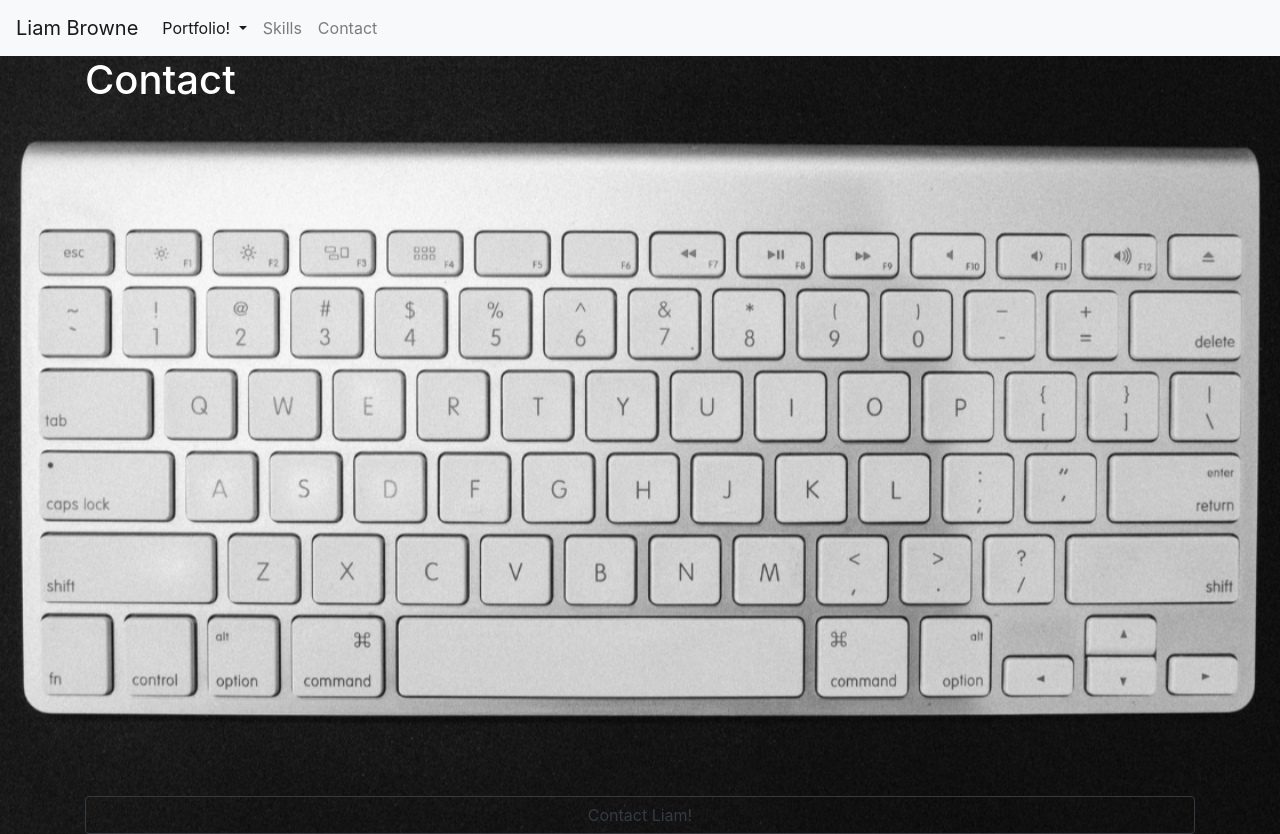
Repository: LiamB123/LiamBrowne.com.github.io
Page: contact.html
The author's editor kept a record of every edit. The page is drawn from the files as they stood at one moment, then again after the next edit.
The browser window is 1280 px wide. The pictures show the whole page.
Backgrounds fixed to the window are drawn as part of the page.

Above is the page before.

### contact.html
<!DOCTYPE html>
<html lang="en">

<head>
    <meta charset="UTF-8">
    <meta name="viewport" content="width=device-width, initial-scale=1.0">


    <meta http-equiv="X-UA-Compatible" content="ie=edge">

    <title>Liam Browne</title>

    <!--Boostrap Links for Css, Js and Jquery --->
    <link rel="stylesheet" href="https://stackpath.bootstrapcdn.com/bootstrap/4.4.1/css/bootstrap.min.css" integrity="sha384-Vkoo8x4CGsO3+Hhxv8T/Q5PaXtkKtu6ug5TOeNV6gBiFeWPGFN9MuhOf23Q9Ifjh" crossorigin="anonymous">

    <script src="https://code.jquery.com/jquery-3.4.1.slim.min.js" integrity="sha384-J6qa4849blE2+poT4WnyKhv5vZF5SrPo0iEjwBvKU7imGFAV0wwj1yYfoRSJoZ+n" crossorigin="anonymous"></script>
    <script src="https://cdn.jsdelivr.net/npm/popper.js@1.16.0/dist/umd/popper.min.js" integrity="sha384-Q6E9RHvbIyZFJoft+2mJbHaEWldlvI9IOYy5n3zV9zzTtmI3UksdQRVvoxMfooAo" crossorigin="anonymous"></script>
    <script src="https://stackpath.bootstrapcdn.com/bootstrap/4.4.1/js/bootstrap.min.js" integrity="sha384-wfSDF2E50Y2D1uUdj0O3uMBJnjuUD4Ih7YwaYd1iqfktj0Uod8GCExl3Og8ifwB6" crossorigin="anonymous"></script>


    <link rel="stylesheet" href="static/css/custom.css" type="text/css" />

</head>




<nav class="navbar navbar-expand-lg navbar-light bg-light">
    <a class="navbar-brand" href="index.html">Liam Browne </a>
    <button class="navbar-toggler" type="button" data-toggle="collapse" data-target="#navbarSupportedContent" aria-controls="navbarSupportedContent" aria-expanded="false" aria-label="Toggle navigation">
    <span class="navbar-toggler-icon"></span>
  </button>

    <div class="collapse navbar-collapse" id="navbarSupportedContent">
      <ul class="navbar-nav mr-auto">
        <li class="nav-item active nav-item dropdown">
          <a class="nav-link dropdown-toggle" href="" id="navbarDropdown" role="button" data-toggle="dropdown" aria-haspopup="true" aria-expanded="false">
          Portfolio!
        </a>
          <div class="dropdown-menu" aria-labelledby="navbarDropdown">
              <a class="dropdown-item"  href="portfolio.html">Take me there!</a>
            <a class="dropdown-item" target="_blank" href="https://liams-the-store.herokuapp.com/">E-Commerce</a>
            <a class="dropdown-item" target ="_blank" href="https://liams-booze.herokuapp.com/">Booze Clues</a>
            <div class="dropdown-divider"></div>
            <a class="dropdown-iitem" href="https://github.com/LiamB123/">

           Check out my GitHub</a>
          </div>
        </li>
        <a class="nav-link" href="Skills.html">Skills<span class="sr-only">(current)</span></a>
        </li>
        <li class="nav-item">
          <a class="nav-link" href="contact.html">Contact</a>
        </li>

      </ul>

    </div>
  </nav>

<div id="contact-img">
    <div class="container">



        <h1 class="white-lettering">
            Contact
        </h1>
        <div class="row row-flex">
            <div class="vertical-align-center">

            </div>
        </div>

        <!-- Button trigger modal -->
        <button type="button" class="btn btn-outline-dark btn-block tall " data-toggle="modal" data-target="#staticBackdrop">
    Contact Liam!
    </button>

        <!-- Modal -->
        <div class="modal fade" id="staticBackdrop" data-backdrop="static" tabindex="-1" role="dialog" aria-labelledby="staticBackdropLabel" aria-hidden="true">
            <div class="modal-dialog" role="document">
                <div class="modal-content">
                    <div class="modal-header">
                        <h5 class="modal-title" id="staticBackdropLabel">Just a few details so I can respond!</h5>
                        <button type="button" class="close" data-dismiss="modal" aria-label="Close">
          <span aria-hidden="true">&times;</span>
        </button>
                    </div>
                    <div class="modal-body">

                        <form>
                            <div class="form-group">
                                <label for="Email">Email address</label>
                                <input type="email" class="form-control" id="Email" placeholder="I will never share this information!">
                            </div>
                            <div class="form-group">
                                <label for="exampleFormControlSelect1">Is there a specific thing you want to talk about?</label>
                                <select class="form-control" id="exampleFormControlSelect1">
      <option>Just Saying Hi!</option>
      <option>Collaboration</option>
      <option>Business Opportunity</option>

    </select>
                            </div>

                            <div class="form-group">
                                <label for="exampleFormControlTextarea1">Message</label>
                                <textarea class="form-control" id="exampleFormControlTextarea1" rows="8"></textarea>
                            </div>
                            <button type="submit" class="btn btn-lg btn-outline-dark">Send!</button>
                        </form>
                    </div>
                    <div class="modal-footer">
                        <button type="button" class="btn btn-dark" data-dismiss="modal">Close</button>
                    </div>
                </div>
            </div>
        </div>
    </div>
</div>

### static/css/custom.css
/*Image Classes*/


#contact-img {
    min-height: 100vh;
    min-width: 100%;
    z-index: -1;
    background-image: url("../img/keyboard.jpg");
    background-repeat: no-repeat;
    background-position: center;
    background-attachment: fixed;
}


#title-img{
    background-attachment: fixed;
    background-image: url("../img/laptop.jpg");
    background-position: bottom;
    background-size: cover;
   min-height: 100vh;
    min-width: 100%;
    margin-bottom: 0px;
    z-index: -1;
}

.white-lettering{
    color: white;
}


.vertical-align-center{
    padding-top:40%;
    text-align: center;
    padding-bottom: 20%;
}

After the next edit:
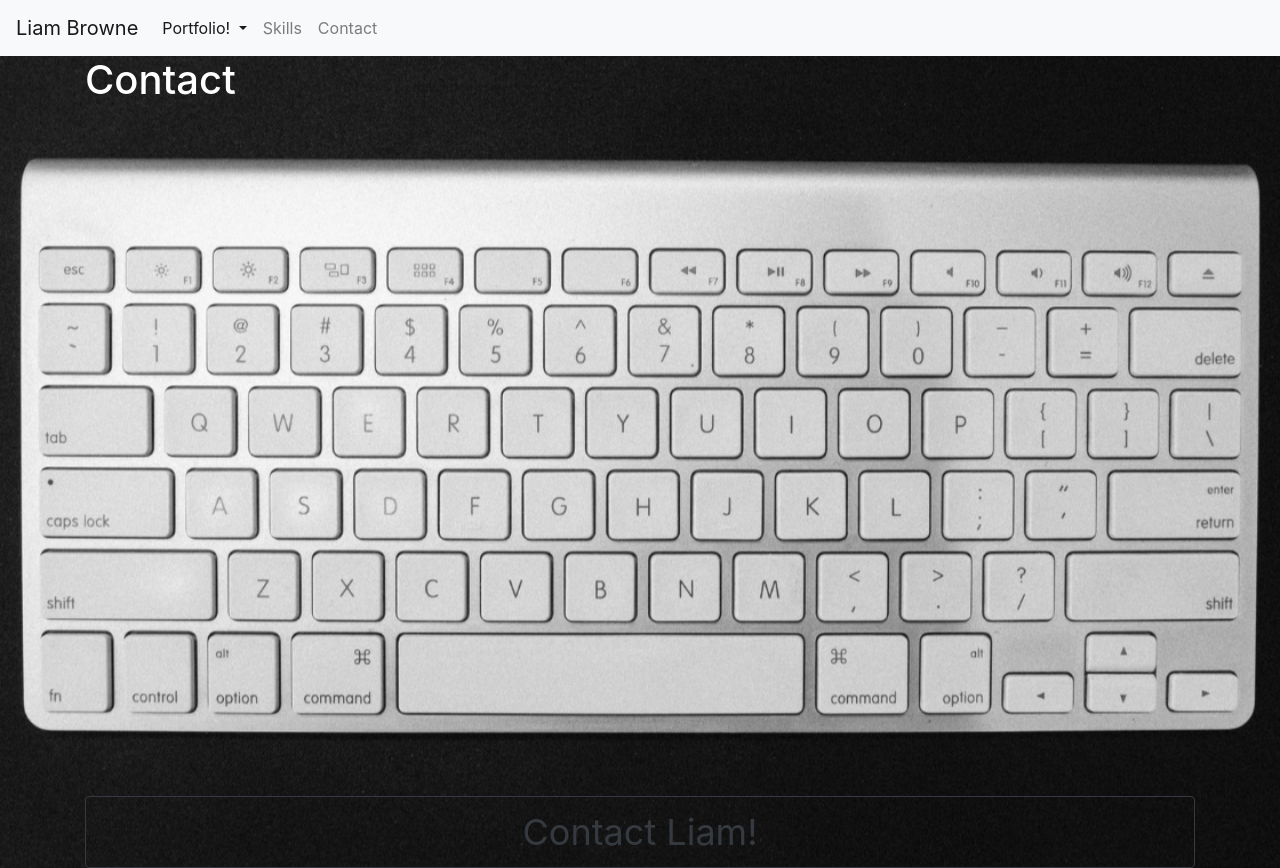
The edit:
--- a/static/css/custom.css
+++ b/static/css/custom.css
@@ -33,3 +33,7 @@
     text-align: center;
     padding-bottom: 20%;
 }
+.tall{
+    height:10vh;
+    font-size: 5vh;
+}
